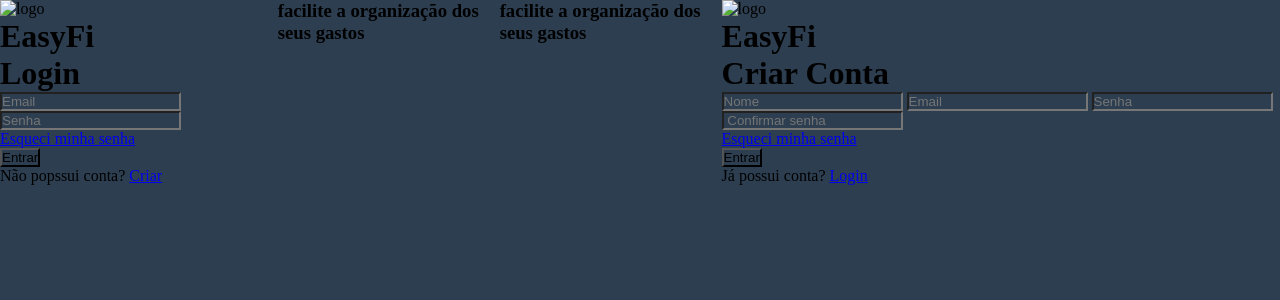
Repository: Ingridiag/projeto-engenharia
Page: login.html
The author's editor kept a copy of each file at every save. The page is drawn from the files as they stood at one save, then again after a run of saves.
The browser window is 1280 px wide. The pictures show the whole page.

Above is the page before, as saved 2024-10-28 14:52:32.

### login.html
<!DOCTYPE html>
<html lang="pt">

<head>
    <meta charset="UTF-8">
    <meta name="viewport" content="width=device-width, initial-scale=1.0">
    <link rel="stylesheet" href="style.css">
    <title>Login</title>
</head>

<body>
    <div class="container">

        <!-- Tela Login -->
        <div class="login">
            <div class="primeira-coluna">
                <div>
                    <img src="#" alt="logo">
                    <h1>EasyFi</h1>
                </div>
                <div>
                    <h1 class="title">Login</h1>
                    <form>
                        <input type="email" placeholder="Email">
                        <input type="password" placeholder="Senha">
                    </form>
                    <div>
                        <a href="#" class="link">Esqueci minha senha</a>

                    </div>
                    <div class="btn-default">
                        <button>
                            Entrar
                        </button>
                    </div>
                    <div>
                        <p>Não popssui conta?
                            <span>
                                <a href="#" class="link">Criar</a>
                            </span>
                        </p>
                    </div>
                </div>
            </div>
        </div>

        <div class="segunda-coluna">
            <h3 class="mensagem">
                facilite a organização dos seus gastos
            </h3>
        </div>



        <!-- Tela Cadastro -->
        <div class="primeira-coluna">
            <h3 class="mensagem">
                facilite a organização dos seus gastos
            </h3>
        </div>

        <div class="segunda-coluna">
            <div>
                <img src="#" alt="logo">
                <h1>EasyFi</h1>
            </div>
            <div>
                <h1 class="title">Criar Conta</h1>
                <form>
                    <input type="text" placeholder="Nome">
                    <input type="email" placeholder="Email">
                    <input type="password" placeholder="Senha">
                    <input type="password" placeholder=" Confirmar senha">
                </form>
                <div>
                    <a href="#" class="link">Esqueci minha senha</a>

                </div>
                <div class="btn-default">
                    <button>
                        Entrar
                    </button>
                </div>
                <div>
                    <p>Já possui conta?
                        <span>
                            <a href="#" class="link">Login</a>
                        </span>
                    </p>
                </div>
            </div>
        </div>
    </div>

</body>

</html>

### style.css
* {
    margin: 0;
    padding: 0;
    box-sizing: border-box;
    background: #2C3E50;
}
.container{
    background: #fff;
    display: flex;
}

.primeira-coluna{
    display: flex;
    flex-direction: column;
}

After the next 2 saves:
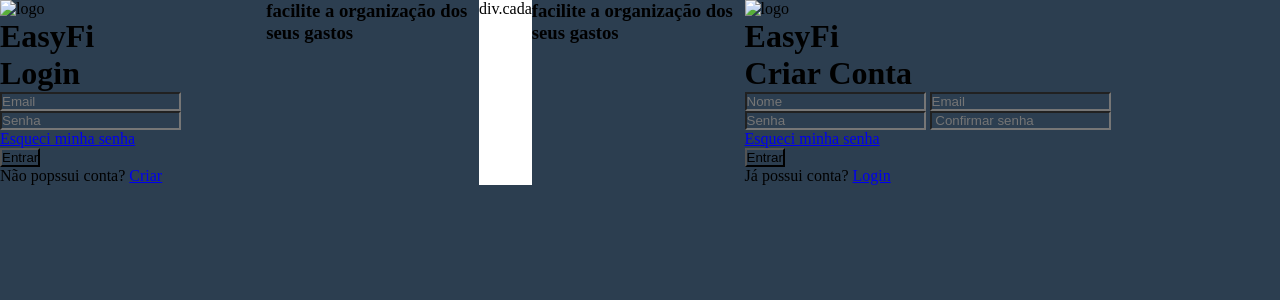
The 2 saves are shown as one change because they came seconds apart.
The last was saved 6 s later.
--- a/login.html
+++ b/login.html
@@ -50,7 +50,7 @@
             </h3>
         </div>
 
-
+        div.cada
 
         <!-- Tela Cadastro -->
         <div class="primeira-coluna">

After the 2 saves that followed:
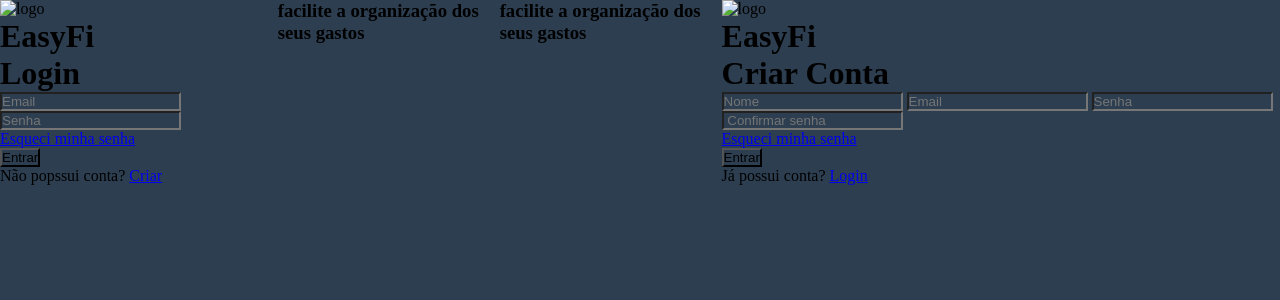
The 2 saves are shown as one change because they came seconds apart.
The last was saved 6 s later.
--- a/login.html
+++ b/login.html
@@ -50,7 +50,7 @@
             </h3>
         </div>
 
-        div.cada
+        <div class="cadastro"></div>
 
         <!-- Tela Cadastro -->
         <div class="primeira-coluna">
